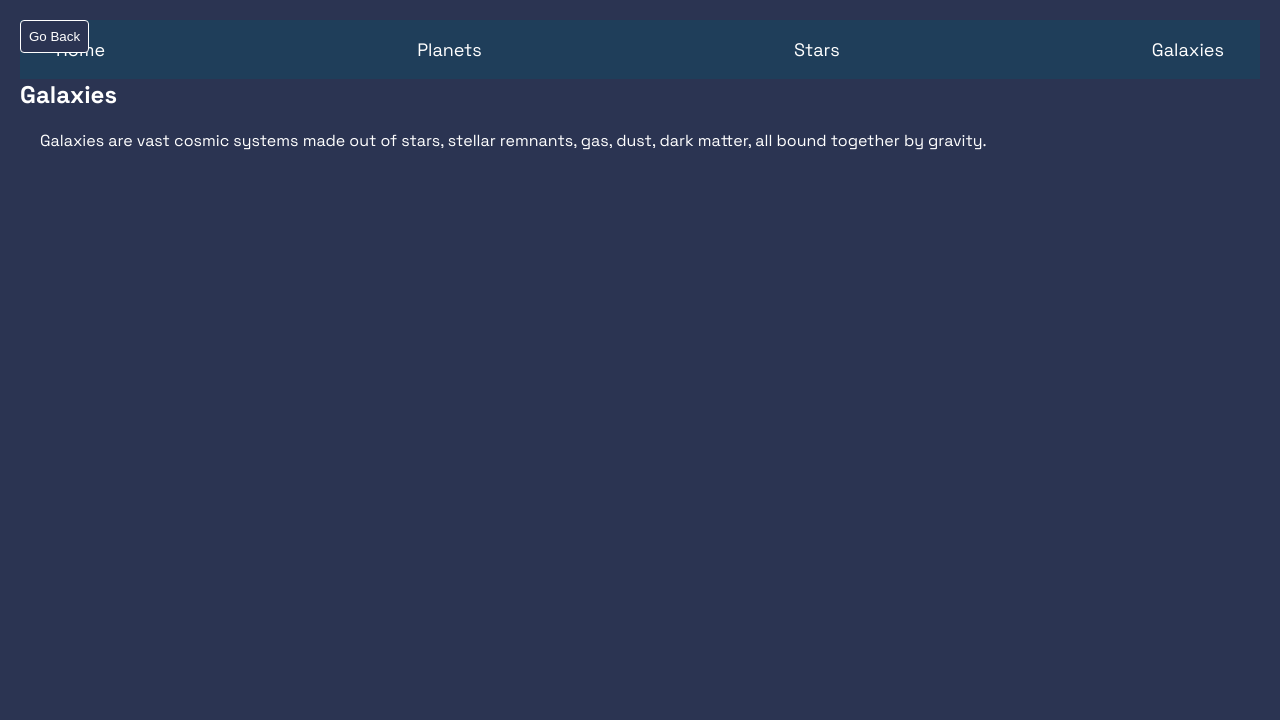
Repository: rmdayberry/Cosmic-Encyclopedia
Page: /galaxies
These files come from the project's save history. The page is drawn as it stood at one moment and after the next save; the edit follows.
The browser window is 1280 px wide. The pictures show the whole page.
The project was rebuilt for these pictures with package versions that can differ from the ones it lists, and the page was loaded fresh each time. Also part of the build but not shown: vite.config.js, src/pages/Homepage.js.

Above is the page before, as saved 2024-08-31 16:09:19.

### index.html
<!DOCTYPE html>
<html lang="en">
  <head>
    <meta charset="UTF-8" />
    <meta name="viewport" content="width=device-width, initial-scale=1.0" />
    <title>Cosmic Encyclopedia</title>
  </head>
  <body>
    <div id="root"></div>
    <script type="module" src="/src/main.jsx"></script>
  </body>
</html>

### src/App.jsx
import { BrowserRouter as Router, Routes, Route } from "react-router-dom";
import NavBar from "./NavBar";
import NavigateBackButton from "./NavigateBackButton";

//pages
import Homepage from "./pages/Homepage";
import ContentPage from "./pages/ContentPage";

function App() {
  return (
    <Router>
      <NavBar />
      <Routes>
        <Route path="/" element={<Homepage />} />
        <Route path="/:id" element={<ContentPage />} />
      </Routes>
      <NavigateBackButton />
    </Router>
  );
}

export default App;

### src/index.css
@import url("https://fonts.googleapis.com/css2?family=Space+Grotesk:wght@300..700&display=swap");

:root {
  --primary: #1f3e5a;
  --secondary: #2b3452;
}

body {
  margin: 0;
  padding: 20px;
  font-family: "Space Grotesk";
  background-color: var(--secondary);
}
* {
  color: #fff;
  margin: 0;
}

p {
  margin: 20px;
}

button {
  border: 1px solid white;
  padding: 8px;
  border-radius: 4px;
  color: white;
  background: var(--primary);
  cursor: pointer;
}

.nav-bar {
  display: flex;
  justify-content: space-between;
  gap: 16px;
  align-items: center;
  padding: 10px 20px;
  background-color: var(--primary);
}

.nav-bar a {
  color: white;
  text-decoration: none;
  padding: 8px 16px;
  font-size: 18px;
  transition: color 0.3s;
}

.nav-bar a:hover {
  color: orangered;
}

.backBtn {
  position: absolute;
  top: 20px;
  left: 20px;
  background-color: var(--secondary);
  transition: color 0.3s;
}
.backBtn:hover {
  background-color: orangered;
}

### src/NavBar.jsx
import { Link } from "react-router-dom";

export default function NavBar() {
  return (
    <nav className="nav-bar">
      <Link to="/">Home</Link>
      <Link to="/planets">Planets</Link>
      <Link to="/stars">Stars</Link>
      <Link to="/galaxies">Galaxies</Link>
    </nav>
  );
}

### src/NavigateBackButton.jsx
import { useNavigate } from "react-router-dom";

const NavigateBackButton = () => {
  const navigate = useNavigate();

  return (
    <button className="backBtn" onClick={() => navigate(-1)}>
      Go Back
    </button>
  );
};

export default NavigateBackButton;

### src/pages/ContentPage.jsx
import { useParams } from "react-router-dom";
import celestialData from "../data/celestialData";

export default function ContentPage() {
  const { id } = useParams();
  const content = celestialData[id];

  if (!content) {
    return <p>Content not found. Please choose another celestial object.</p>;
  }
  return (
    <div>
      <h2>{content.title}</h2>
      <p>{content.description}</p>
    </div>
  );
}

### src/data/celestialData.js
const celestialData = {
  planets: {
    title: "Planets",
    description:
      "Planets are facinating worlds that orbit around stars, each with unique characteristics, landscapes, and atmospheres. From the icy rings of Saturn, to the fiery surface of Venus, these celestial bodies offer endless opportunities for exploration and discovery",
  },
  stars: {
    title: "Stars",
    description:
      "Stars are massive, luminous spheres of plasma held together by gravity. The closest star to Earth is the Sun.",
  },
  galaxies: {
    title: "Galaxies",
    description:
      "Galaxies are vast cosmic systems made out of stars, stellar remnants, gas, dust, dark matter, all bound together by gravity.",
  },
};

export default celestialData;

Loaded but not shown: src/main.jsx (common file)

After the next save:
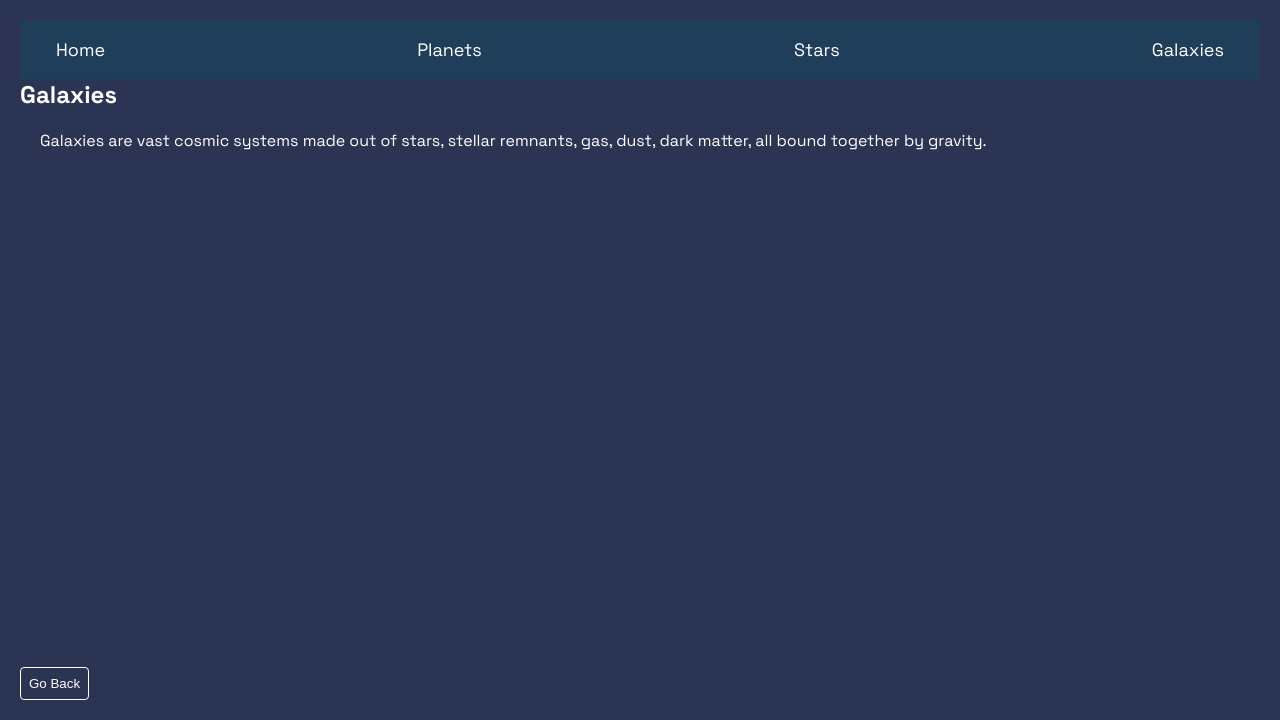
Saved 12 s later.
--- a/src/index.css
+++ b/src/index.css
@@ -52,7 +52,7 @@ button {
 
 .backBtn {
   position: absolute;
-  top: 20px;
+  bottom: 20px;
   left: 20px;
   background-color: var(--secondary);
   transition: color 0.3s;
